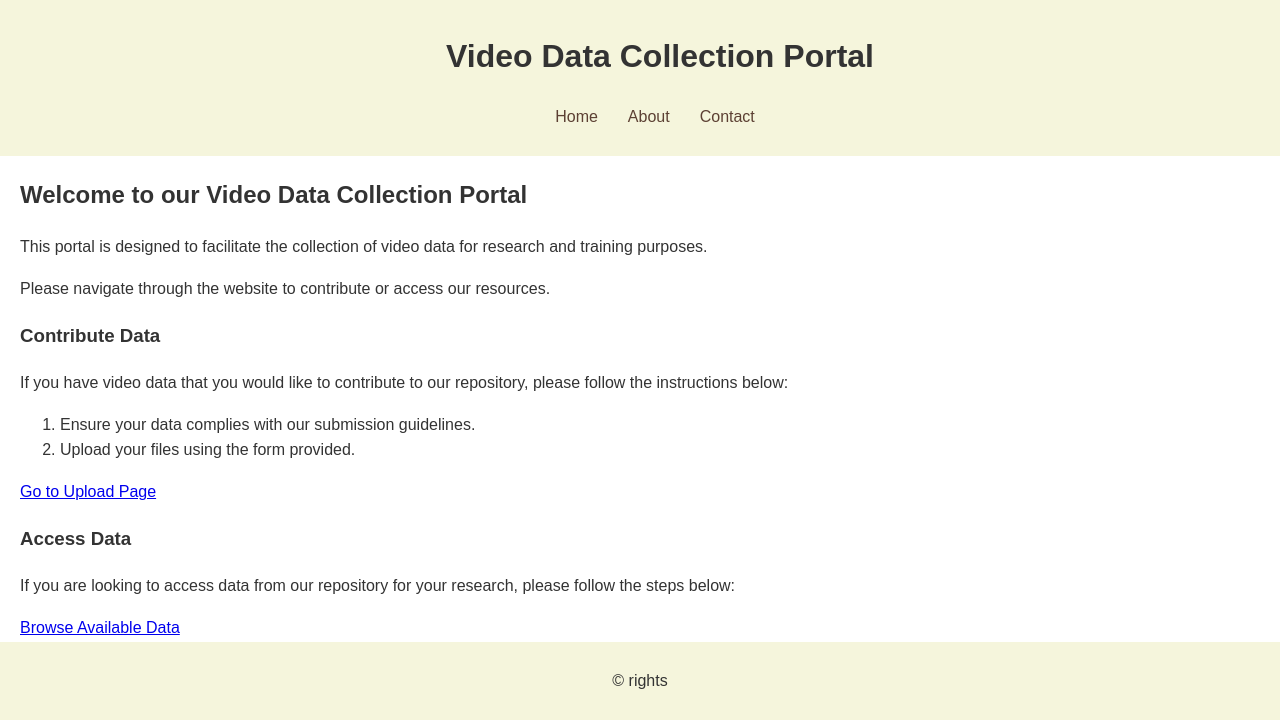
Repository: Oren93/sign_lang_data
Page: / (app in frontend/sign-lang-ui/)
The author's editor kept a copy of each file at every save. The page is drawn from the files as they stood at one save, then again after the next save.
The browser window is 1280 px wide. The pictures show the whole page.
The project was rebuilt for these pictures with package versions that can differ from the ones it lists, and the page was loaded fresh each time. Also part of the build but not shown: frontend/sign-lang-ui/vite.config.ts, frontend/sign-lang-ui/src/pages/About.tsx, frontend/sign-lang-ui/src/pages/Contact.tsx, frontend/sign-lang-ui/src/pages/Upload.module.css, frontend/sign-lang-ui/src/pages/Upload.tsx, frontend/sign-lang-ui/src/pages/Record.module.css, frontend/sign-lang-ui/src/pages/Record.tsx, frontend/sign-lang-ui/src/pages/ThankYou.tsx.

Above is the page before, as saved 2024-06-10 15:37:34.

After the next save:
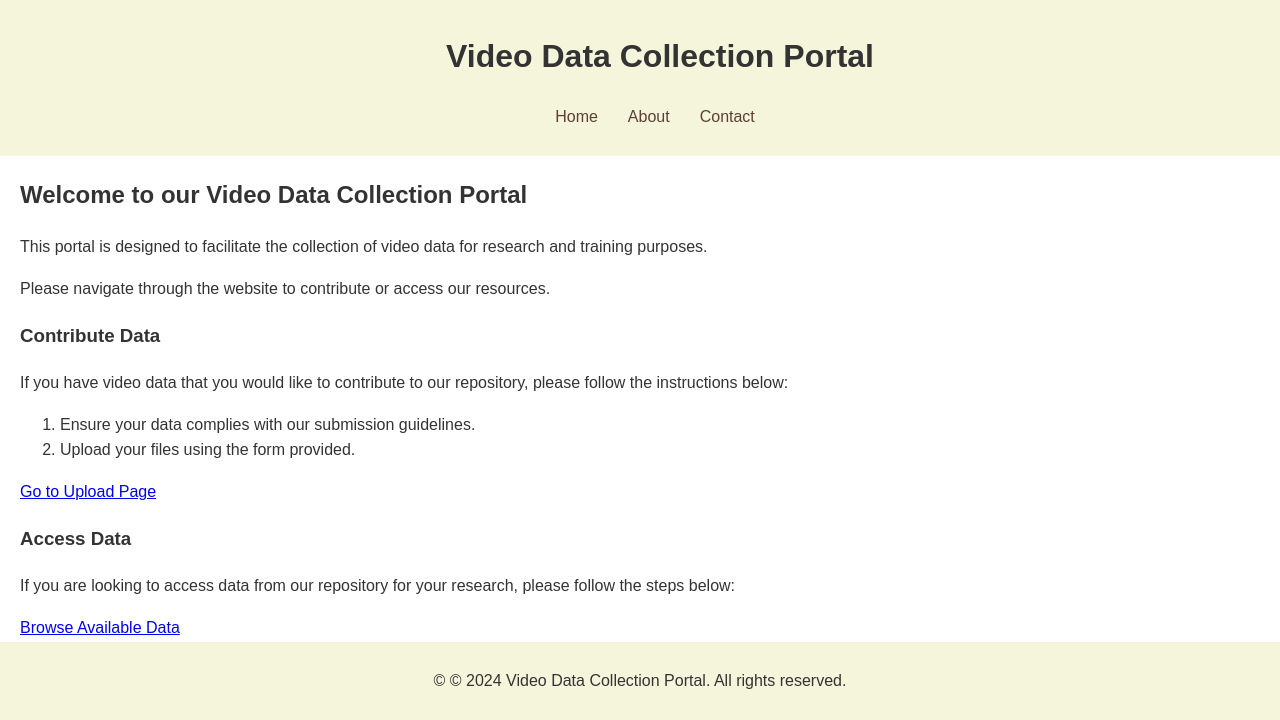
Saved 4 s later.
--- a/frontend/sign-lang-ui/src/locales/en/translation.json
+++ b/frontend/sign-lang-ui/src/locales/en/translation.json
@@ -44,5 +44,8 @@
     "contact_us": "Contact Us",
     "info_message": "For more information or inquiries about our services, please contact us using the details below or fill out our contact form.",
     "email_info": "Email: contact@videodataportal.com",
-    "phone_info": "Phone: +123 456 7890"
+    "phone_info": "Phone: +123 456 7890",
+
+    "rights": "© 2024 Video Data Collection Portal. All rights reserved."
+
   }
